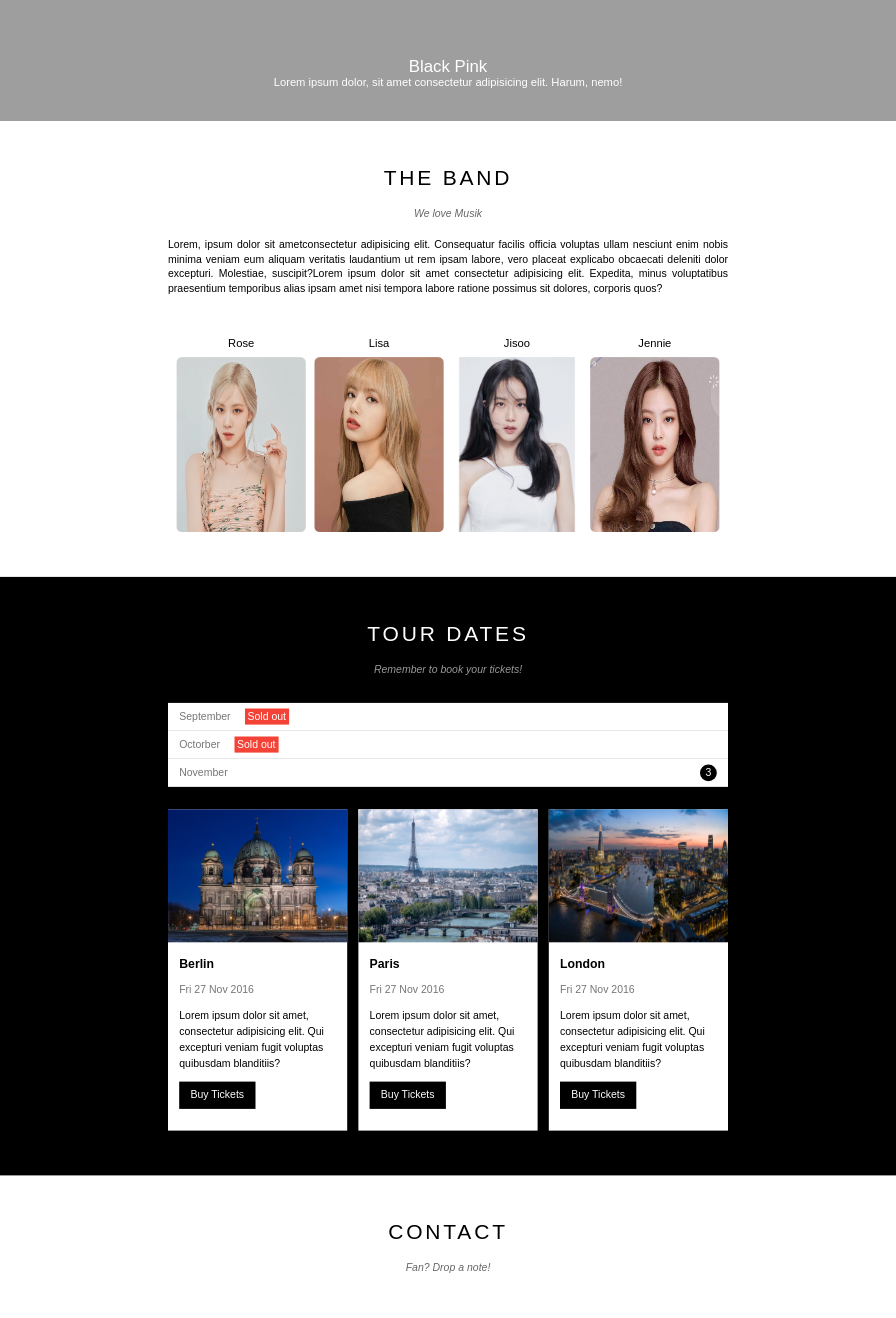
Repository: AiTrinh303/First-Project
Page: /
The author's editor kept a copy of each file at every save. The page is drawn from the files as they stood at one save, then again after a run of saves.
The browser window is 1280 px wide. The pictures show the part of the page from y = 513 to 2433 px (the page is 2396 px tall before and 2433 px after), at 70% of full size.
Pictures or frames that could not be fetched are drawn as grey boxes. The project was rebuilt for these pictures with package versions that can differ from the ones it lists, and the page was loaded fresh each time.

Above is the page before, as saved 2024-01-23 09:58:14.

### index.html
<!DOCTYPE html>
<html lang="en">
<head>
    <meta charset="UTF-8">
    <meta name="viewport" content="width=device-width, initial-scale=1.0">
    <title>Singer Website</title>
    <link rel="stylesheet" href="./fonts/themify-icons-font/themify-icons/themify-icons.css">
    <link rel="stylesheet" href="./src/styles/main.css">
</head>
<body>
   <div id="main">

        <div id="header">
            <ul id="nav">
                <li><a href="">Home</a></li>
                <li><a href="">Band</a></li>
                <li><a href="">Tour</a></li>
                <li><a href="">Contact</a></li>
                <li>
                    <a href="#">
                        More
                        <i class="nav-arrown-down ti-angle-down"></i>
                     </a>
                    <ul class="subnav">
                        <li><a href="">Merchandise</a></li>
                        <li><a href="">Extras</a></li>
                        <li><a href="">Media</a></li>
                    </ul>
                </li>
            </ul>

            <div class="search-btn">
                <i class="search-icon ti-search"></i>

            </div>
        </div>

        <div id="slider">

            <div class="text-content">
                <h2 class="text-heading">Black Pink</h2>
                <p class="text-description">Lorem ipsum dolor, sit amet consectetur adipisicing elit. Harum, nemo!</p>
            </div>

        </div>

        <div id="content">
            <!-- About Section -->
            <div class="content-section">
                <h2 class="section-heading">THE BAND</h2>
                <p class="section-sub-heading">We love Musik</p>
                <p class="about-text">Lorem, ipsum dolor sit ametconsectetur adipisicing elit. Consequatur facilis officia voluptas ullam nesciunt enim nobis minima veniam eum aliquam veritatis laudantium ut rem ipsam labore, vero placeat explicabo obcaecati deleniti dolor excepturi. Molestiae, suscipit?Lorem ipsum dolor sit amet consectetur adipisicing elit. Expedita, minus voluptatibus praesentium temporibus alias ipsam amet nisi tempora labore ratione possimus sit dolores, corporis quos?</p>

                <div class="members-list">
                    <div class="member-item">
                        <p class="member-name">Rose</p>
                        <img src="./src/img/rose.png " alt="Rose" class="member-img" >
                    </div>

                    <div class="member-item">
                        <p class="member-name">Lisa</p>
                        <img src="./src/img/Lisa2.jpg" alt="Lisa" class="member-img" >
                    </div>

                    <div class="member-item">
                        <p class="member-name">Jisoo</p>
                        <img src="./src/img/jisoo.jpeg" alt="Jisoo" class="member-img" >
                    </div>

                    <div class="member-item">
                        <p class="member-name">Jennie</p>
                        <img src="./src/img/Jennie.jpg" alt="Jennie" class="member-img" >
                    </div>
                </div>
            </div>

            <!-- Tour Section -->
            <div class="tour-section">

                <div class="content-section">
                    <h2 class="section-heading text-white">TOUR DATES</h2>
                    <p class="section-sub-heading text-white">Remember to book your tickets!</p>

                    <ul class="tickets-list">
                        <li>September <span class="sold-out">Sold out</span></li>
                        <li>Octorber <span class="sold-out">Sold out</span></li>
                        <li>November <span class="quantity">3</span></li>
                    </ul>

                    <div class="places-list">
                        <div class="place-item">
                            <img src="./src/img/Berlin.jpg" alt="Berlin" class="place-img" >
                            <div class="place-body">
                                <h3 class="place-heading">Berlin</h3>
                                <p class="place-time">Fri 27 Nov 2016</p>
                                <p class="place-desc">Lorem ipsum dolor sit amet, consectetur adipisicing elit. Qui excepturi veniam fugit voluptas quibusdam blanditiis?</p>
                                <a href="#" class="place-btn">Buy Tickets</a>
                            </div>
                        </div>

                        <div class="place-item">
                            <img src="./src/img/Paris.jpg" alt="Paris" class="place-img" >
                            <div class="place-body">
                                <h3 class="place-heading">Paris</h3>
                                <p class="place-time">Fri 27 Nov 2016</p>
                                <p class="place-desc">Lorem ipsum dolor sit amet, consectetur adipisicing elit. Qui excepturi veniam fugit voluptas quibusdam blanditiis?</p>
                                <a href="#" class="place-btn">Buy Tickets</a>
                            </div>
                        </div>

                        <div class="place-item">
                            <img src="./src/img/London.jpeg" alt="London" class="place-img">
                            <div class="place-body">
                                <h3 class="place-heading">London</h3>
                                <p class="place-time">Fri 27 Nov 2016</p>
                                <p class="place-desc">Lorem ipsum dolor sit amet, consectetur adipisicing elit. Qui excepturi veniam fugit voluptas quibusdam blanditiis?</p>
                                <a href="#" class="place-btn">Buy Tickets</a>
                            </div>
                        </div>
                    </div>
                </div>

            </div>

            <!-- Contact Section -->
            <!-- Contact -->
            <div id="contact">
                <div class="content-section">
                    <h2 class="section-heading">CONTACT</h2>
                    <p class="section-sub-heading">Fan? Drop a note!</p>
                </div>
            </div>






        <div id="footer">

        </div>

   </div>
</body>
</html>

### src/styles/main.css
* {
  padding: 0;
  margin: 0;
  box-sizing: border-box;
}

html {
  scroll-behavior: smooth;
  font-family: Arial, Helvetica, sans-serif;
}

.text-white {
  color: white;
}

#header {
  height: 46px;
  background-color: #000;
  position: fixed;
  top: 0;
  left: 0;
  right: 0;
  z-index: 1;
}

#nav {
  display: inline-block;
}

#nav, .subnav {
  list-style: none;
}

#nav > li {
  display: inline-block;
}

#nav li {
  position: relative;
}

#nav > li > a {
  color: #fff;
  text-transform: uppercase;
}

#nav li a {
  color: #fff;
  text-decoration: none;
  line-height: 46px;
  padding: 0 24px;
  display: block;
}

#nav li:hover .subnav {
  display: block;
}

#nav > li:hover > a,
#nav .subnav li:hover a {
  color: #000;
  background-color: #ccc;
}

#nav .subnav {
  display: none;
  min-width: 160px;
  position: absolute;
  background-color: #fff;
  box-shadow: 0 0 10px rgba(0, 0, 0, 0.3);
  top: 100%;
  left: 0;
}

#nav .nav-arrown-down {
  font-size: 14px;
}

#nav .subnav a {
  color: #000;
  padding: 0 12px;
  line-height: 38px;
}

#header .search-btn {
  float: right;
  padding: 0 21px;
}

#header .search-btn:hover {
  background-color: #f44336;
  cursor: pointer;
}

#header .search-icon {
  color: #fff;
  font-size: 20px;
  line-height: 46px;
}

#slider {
  position: relative;
  margin-top: 46px;
  padding-top: 50%;
  background: url("../img/slider-1.jpg") center/100% no-repeat;
}

#slider .text-content {
  position: absolute;
  bottom: 47px;
  color: #fff;
  width: 100%;
  text-align: center;
}

#slider .text-heading {
  font-weight: 500;
  font-size: 24px;
}

#slider .text-decoration {
  font-size: 15px;
  margin-top: 25px;
}

#content .content-section {
  width: 800px;
  padding: 64px 0;
  margin-left: auto;
  margin-right: auto;
}

#content .section-heading {
  font-size: 30px;
  font-weight: 500;
  letter-spacing: 4px;
  text-align: center;
}

#content .section-sub-heading {
  font-size: 15px;
  margin-top: 25px;
  text-align: center;
  font-style: italic;
  opacity: 0.6;
}

#content .about-text {
  margin-top: 25px;
  font-size: 15px;
  text-align: justify;
  line-height: 1.4;
}

#content .member-item {
  display: flex;
  flex-direction: column;
  align-items: center;
}

#content .member-name {
  line-height: 2.5;
}

#content .members-list {
  margin-top: 48px;
  display: flex;
  justify-content: space-evenly;
}

#content .member-img {
  width: 185px;
  min-height: 250px;
  border-radius: 8px;
}

.tour-section {
  background: #000;
}

.tickets-list {
  background-color: #fff;
  margin-top: 40px;
}

.tickets-list li {
  font-size: 15px;
  color: #757575;
  padding: 11px 16px;
  border-bottom: 1px solid #ddd;
  list-style-type: none;
}

.tickets-list .sold-out {
  background-color: #f44336;
  color: #fff;
  padding: 3px 4px;
  margin-left: 16px;
}

.tickets-list .quantity {
  float: right;
  width: 24px;
  height: 24px;
  background-color: #000;
  color: #fff;
  border-radius: 50%;
  text-align: center;
  line-height: 24px;
  margin-top: -3px;
}

.places-list {
  display: flex;
  gap: 16px;
  justify-content: space-between;
  margin-top: 32px;
}

.places-list .place-item {
  background-color: #fff;
}

.places-list .place-img {
  width: 100%;
  height: 190px;
}

.places-list .place-img:hover {
  opacity: 0.6;
  cursor: pointer;
}

.places-list .place-body {
  padding: 15px 16px;
  min-height: 205px;
  font-size: 15px;
  line-height: 22.5px;
}

.place-body .place-heading {
  font-weight: 700;
}

.place-body .place-time {
  margin: 15px 0;
  color: #757575;
}

.place-body .place-btn {
  align-items: flex-start;
  background-color: #000;
  display: inline-block;
  font-size: 15px;
  line-height: 22.5px;
  margin: 15px 0px 16px 0px;
  padding: 8px 16px;
  text-align: center;
  color: #fff;
  text-decoration: none;
}

.place-body .place-btn:hover {
  color: #000;
  background-color: #ccc;
}/*# sourceMappingURL=main_20240123084938.css.map */

Loaded but not shown: fonts/themify-icons-font/themify-icons/themify-icons.css (common file)

After the next 2 saves:
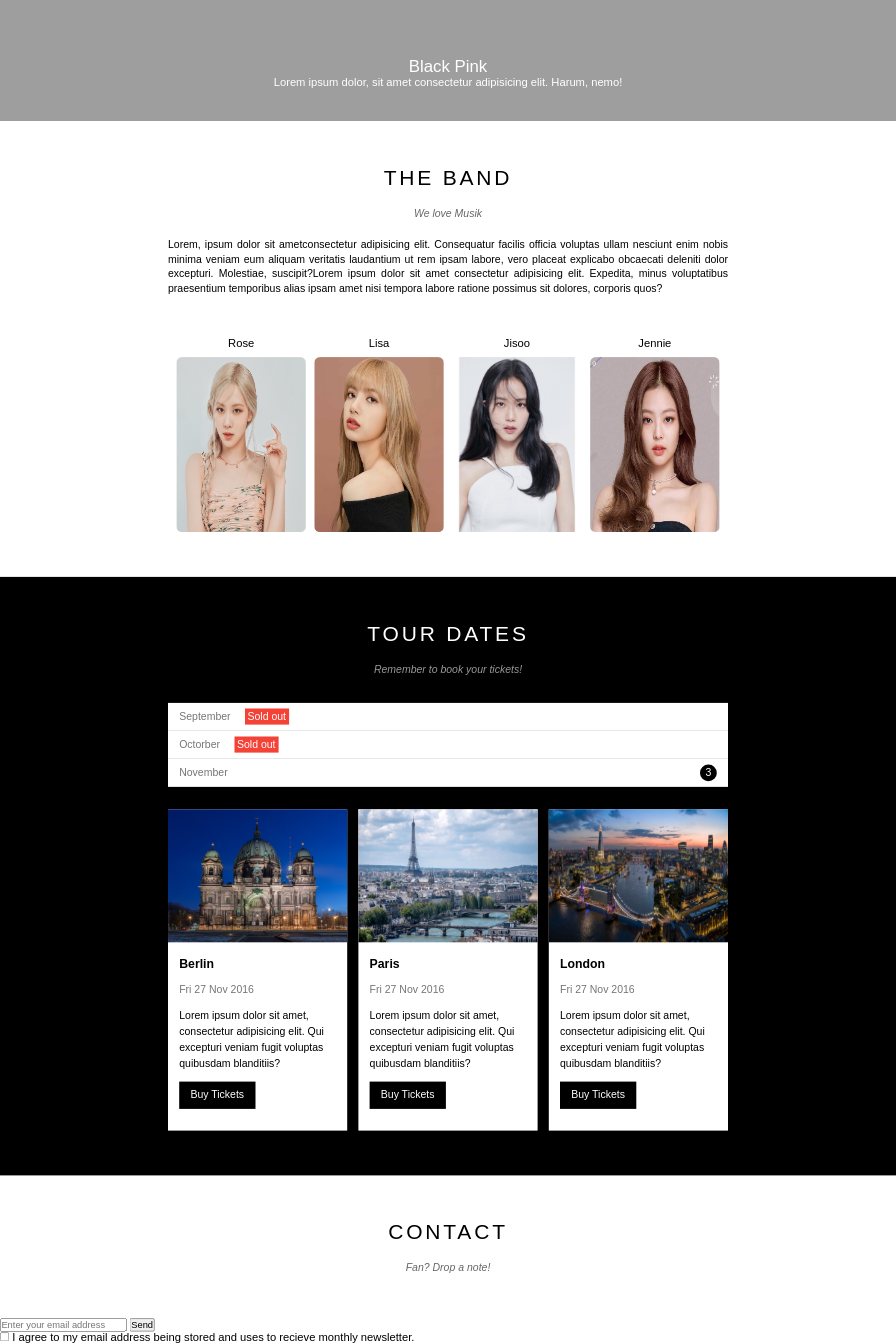
The 2 saves are shown as one change because they came seconds apart.
The last was saved 2 min 8 s later.
--- a/index.html
+++ b/index.html
@@ -129,6 +129,14 @@
                     <h2 class="section-heading">CONTACT</h2>
                     <p class="section-sub-heading">Fan? Drop a note!</p>
                 </div>
+                <div class="form">
+                    <input type="email" class="form__email" placeholder="Enter your email address" />
+                    <button class="form__button">Send</button>
+                </div>
+                <div class="notice">
+                    <input type="checkbox">
+                    <span class="notice__copy">I agree to my email address being stored and uses to recieve monthly newsletter.</span>
+                </div>
             </div>
 
 
